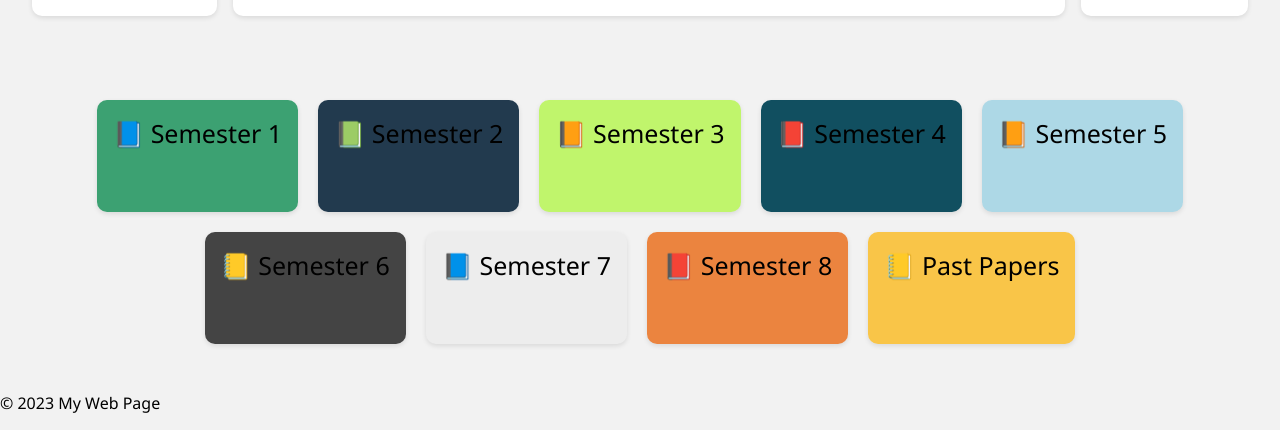
Repository: MariamSawera/eduNova
Page: index.html
An editor plug-in stored every save of this project. The page is shown before and after the next save, followed by the edit.
The browser window is 1280 px wide. The pictures show the part of the page from y = 1042 to 1576 px (the page is 1472 px tall before and 1576 px after).

Above is the page before, as saved 2025-07-21 20:13:13.

### index.html
<html>
<head>
    <title>My Web Page</title>
    <meta charset="UTF-8">
    <meta name="viewport" content="width=device-width, initial-scale=1.0">
    <link rel="stylesheet" href="styles.css">
    <script src="script.js"></script>

</head>
<body>
  <nav>
    <div class="logo">ClassHub</div>
    <ul>
      <li><a href="index.html">Home</a></li>
      <!-- <li><a href="#">Semesters</a></li> -->
      <li><a href="#">Subjects</a></li>
      <li><a href="#">Books</a></li>
      <li><a href="#">Resources</a></li>
      <li><a href="#">Assignments</a></li>
      <li><a href="#">Events</a></li>
      <li><a href="#">Contact</a></li>
      <!-- <li><a href="#">Announcements</a></li> -->
      <li><a href="#">Login</a></li>
    </ul>
  </nav>

  <!-- Hero Section -->
  <div class="hero">
    <h1 id="welcome">Hello, Guest 👋</h1>
    <input type="text" id="nameInput" placeholder="Enter your name" oninput="updateName()" />
  </div>

  <!-- Dashboard Section -->
  <div class="dashboard">
    <!-- Announcements -->
    <div class="card">
      <h3>📢 Announcements</h3>
      <ul>
        <li>Assignment Web development due 31 July</li>
        <li>Classes starting from 15 Aug</li>
        <li>Movie Day at University Oct 15</li>
      </ul>
    </div>

    <!-- Calendar -->
    <div class="card">
      <h3>📅 Calendar</h3>
      <p>All the events and updates have been marked in calender.</p>
      <iframe src="https://calendar.google.com/calendar/embed?src=onlinelearningrecordings%40gmail.com&ctz=Asia%2FKarachi" style="border: 0" width="800" height="600" frameborder="0" scrolling="no"></iframe>    </div>

    <!-- Online Users -->
    <div class="card">
      <h3>🟢 Online Users</h3>
      <ul>
        <li>Mariam</li>
        <li>Sidra</li>
        <li>Alishba</li>
      </ul>
    </div>
  </div>

  <!-- Quick Material Access -->
  <div class="quick-links"style="display: flex; flex-wrap: wrap; justify-content: center; gap: 20px; margin-top: 20px;">
    <div class="link-card"  style="background-color: #3CA172;"><a href="firstsemester.html">📘 Semester 1</a></div>
    <div class="link-card" style="background-color: #223A4E;"><a href="">📗 Semester 2</a></div>
    <div class="link-card" style="background-color:  rgb(192, 245, 108);"><a href="">📙 Semester 3</a></div>
    <div class="link-card" style="background-color: #114F60;"><a href="">📕 Semester 4</a></div>
    <div class="link-card" style="background-color: lightblue;"><a href="">📙 Semester 5</a></div>
    <div class="link-card" style="background-color: #444444"><a href="">📒 Semester 6</a></div>
    <div class="link-card" style="background-color: #EDEDED;"><a href="">📘 Semester 7</a></div>
    <div class="link-card" style="background-color: #eb843f;"><a href="">📕 Semester 8</a></div>
    <div class="link-card" style="background-color: #F9C548;"><a href="">📒 Past Papers</a></div>
    <!-- <div class="link-card" style="background-color: #3CA172;"><a href="">🔗 Important Links</a></div> -->
  </div>



    </body>

    <footer class="footer">
        <p>&copy; 2023 My Web Page</p>
    </footer>
</html>

### styles.css
    body {
      margin: 0;
      font-family: 'Segoe UI', sans-serif;
      background: #f2f2f2;
        /* background-color: #B3DDF0; */

    }

    nav {
      background-color: #004466;
      color: white;
      padding: 1rem;
      display: flex;
      justify-content: space-between;
      align-items: center;
    }

    nav .logo {
      font-size: 1.5rem;
      font-weight: bold;
    }

    a {
        text-decoration: none;
        color: inherit;
    }
    nav ul {
      list-style: none;
      display: flex;
      gap: 1rem;
    }

    nav ul li {
      display: inline;
    }

    nav ul li a {
      color: white;
      text-decoration: none;
    }


    .hero {
      /* background: linear-gradient(to right, #00aaff, #00ffcc); */
      background-image: url('./images/okokook.jpg');
      background-position: center;
      color: white;
      padding: 2rem;
      text-align: center;
      height: 20vh;
    }


    .hero input {
      padding: 0.5rem;
      border: none;
      border-radius: 5px;
      margin-top: 1rem;
      width: 200px;
    }

    .dashboard {
      display: grid;
      grid-template-columns: 1fr 1fr 1fr;
      gap: 1rem;
      padding: 2rem;
    }

    .card {
      background: white;
      padding: 1rem;
      border-radius: 10px;
      box-shadow: 0 2px 5px rgba(0,0,0,0.1);
    }

    .quick-links {
      padding: 2rem;
      display: grid;
      grid-template-columns: repeat(3, minmax(150px, 1fr));
      gap: 1rem;
    }

    .quick-links .link-card {
      background: white;
      text-align: center;
      padding: 1rem;
      border-radius: 10px;
      box-shadow: 0 2px 5px rgba(0,0,0,0.1);
      height: 80px;
      font-size: 25px;
    }

### script.js
function updateName() {
      const name = document.getElementById('nameInput').value;
      const welcome = document.getElementById('welcome');
      if(name.trim()) {
        welcome.textContent = `Hello, ${name}! 👋`;
      } else {
        welcome.textContent = `Hello, Guest 👋`;
      }
    }

After the next save:
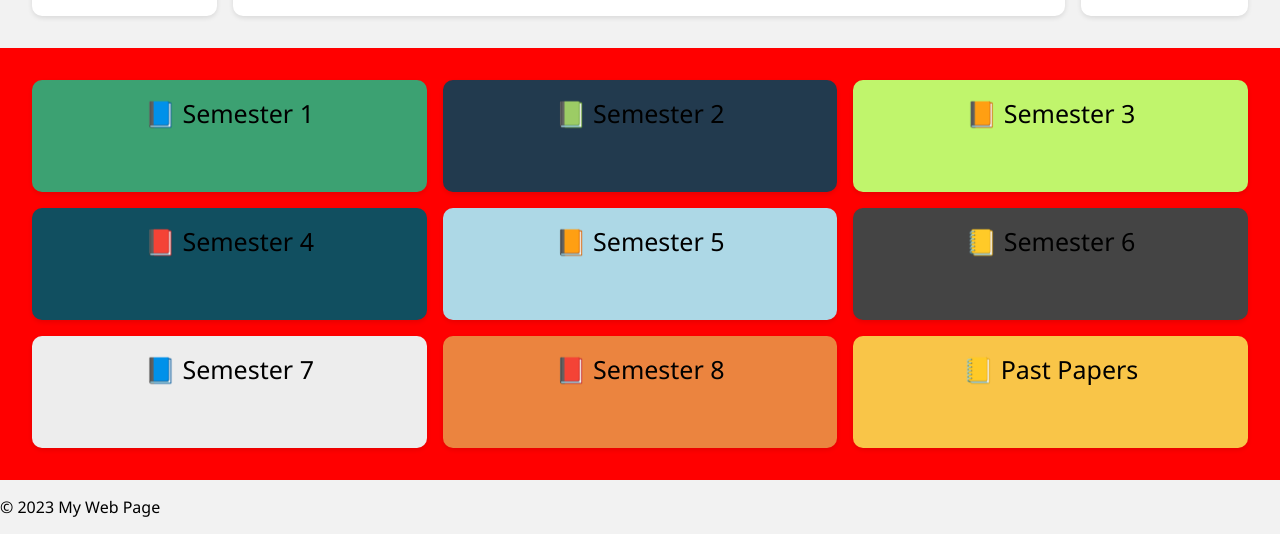
Saved 17 s later.
--- a/index.html
+++ b/index.html
@@ -60,7 +60,7 @@
   </div>
 
   <!-- Quick Material Access -->
-  <div class="quick-links"style="display: flex; flex-wrap: wrap; justify-content: center; gap: 20px; margin-top: 20px;">
+  <div class="quick-links"style="background-color: red"  >
     <div class="link-card"  style="background-color: #3CA172;"><a href="firstsemester.html">📘 Semester 1</a></div>
     <div class="link-card" style="background-color: #223A4E;"><a href="">📗 Semester 2</a></div>
     <div class="link-card" style="background-color:  rgb(192, 245, 108);"><a href="">📙 Semester 3</a></div>
